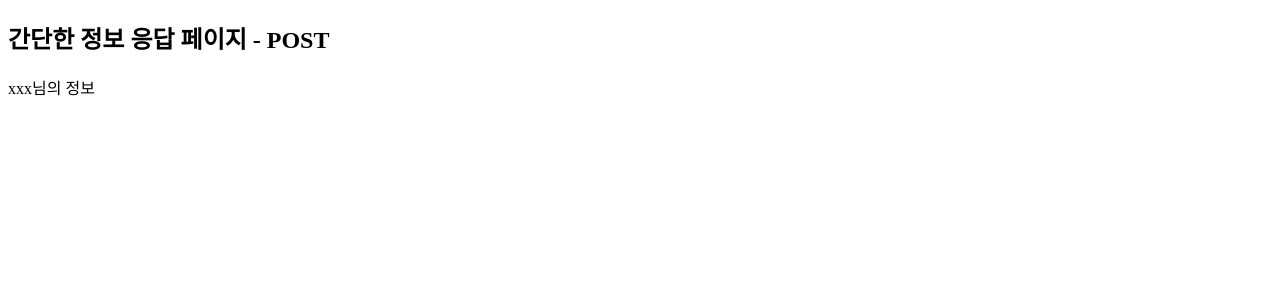
Repository: smjae96/Backup
Page: http://localhost/1_Servlet/views/responsePage.jsp
An editor plug-in stored every save of this project. The page is shown before and after the next save, followed by the edit.
The browser window is 1280 px wide. The pictures show the whole page.
The page is served by Tomcat 9. Other server files are loaded and not shown.

Above is the page before, as saved 2024-03-06 03:40:30.

### 5_Servlet/1_Servlet/src/main/webapp/views/responsePage.jsp
<%@ page language="java" contentType="text/html; charset=UTF-8"
    pageEncoding="UTF-8"%>
<!DOCTYPE html>
<html>
<head>
<meta charset="UTF-8">
<title>POST 요청에 대한 응답페이지(jsp)</title>
</head>
<body>
	<h2>간단한 정보 응답 페이지 - POST</h2>

	<span id="name">xxx</span>님의 정보
</body>
</html>

After the next save:
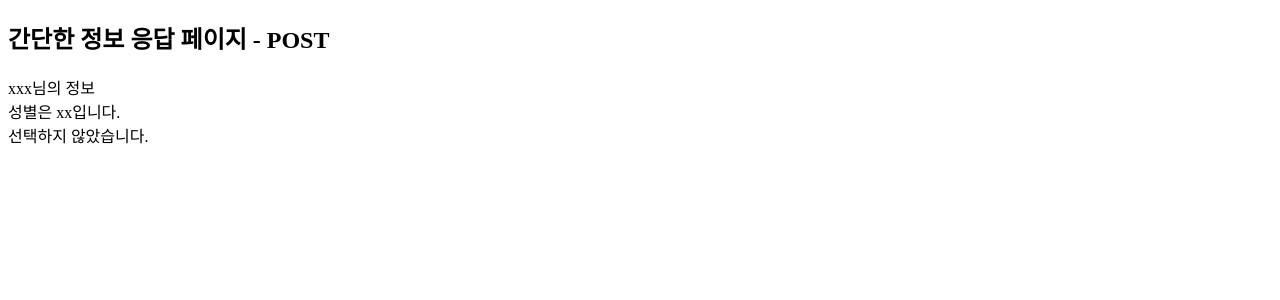
Saved 58 s later.
--- a/5_Servlet/1_Servlet/src/main/webapp/views/responsePage.jsp
+++ b/5_Servlet/1_Servlet/src/main/webapp/views/responsePage.jsp
@@ -9,6 +9,10 @@
 <body>
 	<h2>간단한 정보 응답 페이지 - POST</h2>
 
-	<span id="name">xxx</span>님의 정보
+	<span id="name">xxx</span>님의 정보 <br>
+	성별은
+		<span id= "gender">xx</span>입니다. <br> <!-- 성별 선택 시 -->
+
+		선택하지 않았습니다.
 </body>
 </html>
